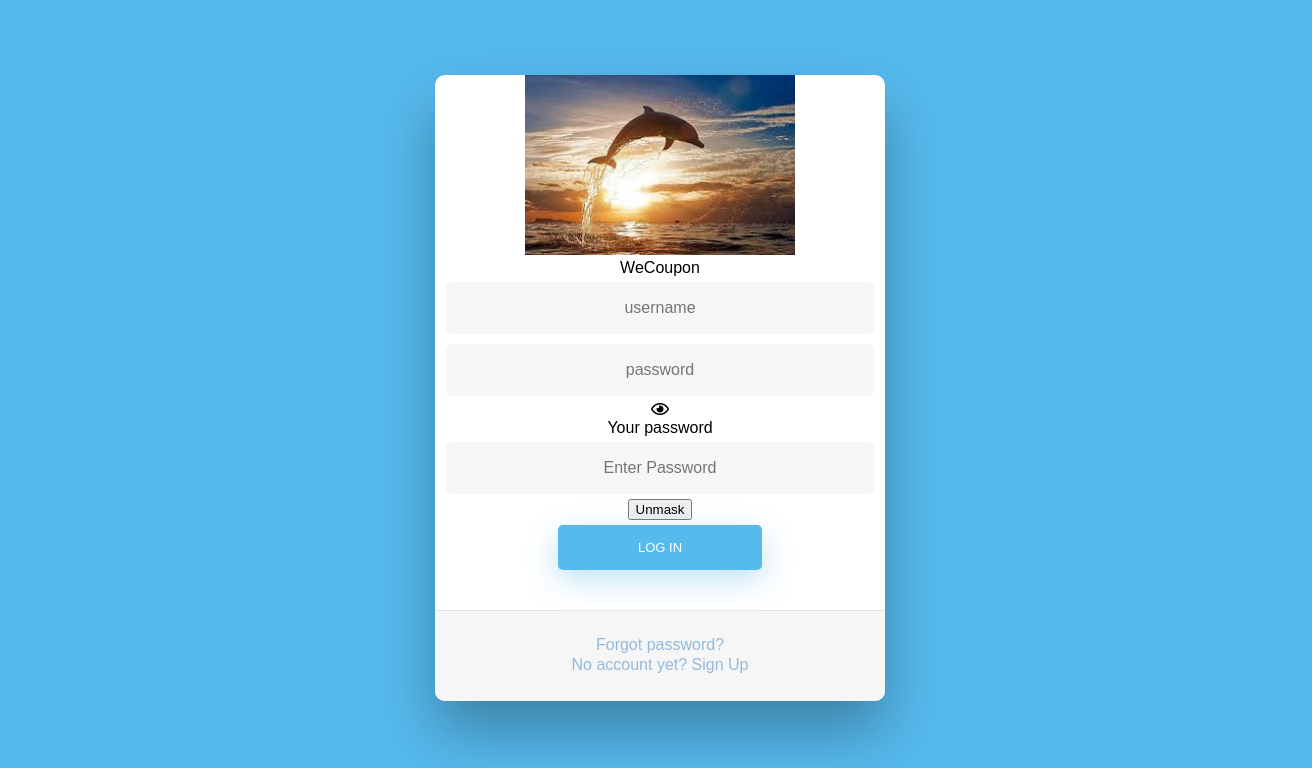
Repository: XUXiangCUHK/WeCoupon
Page: templates/login.html
These files come from the project's save history. The page is drawn as it stood at one moment and after the next save; the edit follows.
The browser window is 1280 px wide. The page is 1312 px wide, so the pictures cover 1312 px, including what lies to the right of the window. The pictures show the whole page.
Some web libraries are served in a nearby version.

Above is the page before, as saved 2021-02-27 15:54:22.
Console error: TypeError: Cannot read properties of null (reading 'addEventListener')

### templates/login.html
<!DOCTYPE html>
<html lang="en">
<head>
    <meta charset="UTF-8">
    <meta http-equiv="X-UA-Compatible" content="IE=edge">
    <meta name="viewport" content="width=device-width, initial-scale=1.0">
    <link rel="stylesheet" href="https://cdnjs.cloudflare.com/ajax/libs/font-awesome/5.13.0/css/all.min.css">
    <link rel="stylesheet" href="../static/css/login_page.css">
    <script src="../static/js/login.js"></script>
    <title>Document</title>
</head>
<body>
    <div class="wrapper fadeInDown">
        <div id="formContent">
          <!-- Tabs Titles -->

          <!-- Icon -->
          <div class="fadeIn first">
            <img src="../static/images/111.jpg" id="icon" alt="User Icon" />
          </div>

          <div>
            WeCoupon
          </div>

          <!-- Login Form -->
          <form id="form_id" method="POST">
            <input type="text" id="username" class="fadeIn second" name="login" required="required" placeholder="username">
            <input type="password" id="password" class="fadeIn third" name="login" required="required" placeholder="password">
            <i class="far fa-eye" id="togglePassword"></i>
            <div class="password-wrapper">
              <label for="password">Your password</label>
              <input type="password" value="" placeholder="Enter Password" id="password" class="password">
              <button class="unmask" type="button" title="Mask/Unmask password to check content">Unmask</button>
            </div>
            <input type="submit" class="fadeIn fourth" value="Log In" onclick="return processloginform();">
          </form>

          <!-- Remind Passowrd -->
          <div id="formFooter">
            <a class="underlineHover" href="#">Forgot password?</a><br />
            <a class="underlineHover" href="signup.html">No account yet? Sign Up</a>
          </div>

        </div>
      </div>
</body>
</html>

### static/css/login_page.css

/* BASIC */

html {
  background-color: #56baed;
}

body {
  font-family: "Poppins", sans-serif;
  height: 100vh;
}

a {
  color: #92badd;
  display:inline-block;
  text-decoration: none;
  font-weight: 400;
}

h2 {
  text-align: center;
  font-size: 16px;
  font-weight: 600;
  text-transform: uppercase;
  display:inline-block;
  margin: 40px 8px 10px 8px;
  color: #cccccc;
}



/* STRUCTURE */

.wrapper {
  display: flex;
  align-items: center;
  flex-direction: column;
  justify-content: center;
  width: 100%;
  min-height: 100%;
  padding: 20px;
}

#formContent {
  -webkit-border-radius: 10px 10px 10px 10px;
  border-radius: 10px 10px 10px 10px;
  background: #fff;
  padding: 30px;
  width: 90%;
  max-width: 450px;
  position: relative;
  padding: 0px;
  -webkit-box-shadow: 0 30px 60px 0 rgba(0,0,0,0.3);
  box-shadow: 0 30px 60px 0 rgba(0,0,0,0.3);
  text-align: center;
}

#formFooter {
  background-color: #f6f6f6;
  border-top: 1px solid #dce8f1;
  padding: 25px;
  text-align: center;
  -webkit-border-radius: 0 0 10px 10px;
  border-radius: 0 0 10px 10px;
}



/* TABS */

h2.inactive {
  color: #cccccc;
}

h2.active {
  color: #0d0d0d;
  border-bottom: 2px solid #5fbae9;
}



/* FORM TYPOGRAPHY*/

input[type=button], input[type=submit], input[type=reset], input[type=checkbox]  {
  background-color: #56baed;
  border: none;
  color: white;
  padding: 15px 80px;
  text-align: center;
  text-decoration: none;
  display: inline-block;
  text-transform: uppercase;
  font-size: 13px;
  -webkit-box-shadow: 0 10px 30px 0 rgba(95,186,233,0.4);
  box-shadow: 0 10px 30px 0 rgba(95,186,233,0.4);
  -webkit-border-radius: 5px 5px 5px 5px;
  border-radius: 5px 5px 5px 5px;
  margin: 5px 20px 40px 20px;
  -webkit-transition: all 0.3s ease-in-out;
  -moz-transition: all 0.3s ease-in-out;
  -ms-transition: all 0.3s ease-in-out;
  -o-transition: all 0.3s ease-in-out;
  transition: all 0.3s ease-in-out;
}

input[type=button]:hover, input[type=submit]:hover, input[type=reset]:hover, input[type=checkbox]:hover  {
  background-color: #39ace7;
}

input[type=button]:active, input[type=submit]:active, input[type=reset]:active, , input[type=checkbox]:active  {
  -moz-transform: scale(0.95);
  -webkit-transform: scale(0.95);
  -o-transform: scale(0.95);
  -ms-transform: scale(0.95);
  transform: scale(0.95);
}

input[type=text], input[type=password] {
  background-color: #f6f6f6;
  border: none;
  color: #0d0d0d;
  padding: 15px 32px;
  text-align: center;
  text-decoration: none;
  display: inline-block;
  font-size: 16px;
  margin: 5px;
  width: 80%;
  border: 2px solid #f6f6f6;
  -webkit-transition: all 0.5s ease-in-out;
  -moz-transition: all 0.5s ease-in-out;
  -ms-transition: all 0.5s ease-in-out;
  -o-transition: all 0.5s ease-in-out;
  transition: all 0.5s ease-in-out;
  -webkit-border-radius: 5px 5px 5px 5px;
  border-radius: 5px 5px 5px 5px;
}

input[type=text]:focus, , input[type=password]:focus {
  background-color: #fff;
  border-bottom: 2px solid #5fbae9;
}

input[type=text]:placeholder, , input[type=password]:placeholder {
  color: #cccccc;
}



/* ANIMATIONS */

/* Simple CSS3 Fade-in-down Animation */
/* .fadeInDown {
  -webkit-animation-name: fadeInDown;
  animation-name: fadeInDown;
  -webkit-animation-duration: 1s;
  animation-duration: 1s;
  -webkit-animation-fill-mode: both;
  animation-fill-mode: both;
}

@-webkit-keyframes fadeInDown {
  0% {
    opacity: 0;
    -webkit-transform: translate3d(0, -100%, 0);
    transform: translate3d(0, -100%, 0);
  }
  100% {
    opacity: 1;
    -webkit-transform: none;
    transform: none;
  }
}

@keyframes fadeInDown {
  0% {
    opacity: 0;
    -webkit-transform: translate3d(0, -100%, 0);
    transform: translate3d(0, -100%, 0);
  }
  100% {
    opacity: 1;
    -webkit-transform: none;
    transform: none;
  }
} */

/* Simple CSS3 Fade-in Animation */
/* @-webkit-keyframes fadeIn { from { opacity:0; } to { opacity:1; } }
@-moz-keyframes fadeIn { from { opacity:0; } to { opacity:1; } }
@keyframes fadeIn { from { opacity:0; } to { opacity:1; } }

.fadeIn {
  opacity:0;
  -webkit-animation:fadeIn ease-in 1;
  -moz-animation:fadeIn ease-in 1;
  animation:fadeIn ease-in 1;

  -webkit-animation-fill-mode:forwards;
  -moz-animation-fill-mode:forwards;
  animation-fill-mode:forwards;

  -webkit-animation-duration:1s;
  -moz-animation-duration:1s;
  animation-duration:1s;
}

.fadeIn.first {
  -webkit-animation-delay: 0.4s;
  -moz-animation-delay: 0.4s;
  animation-delay: 0.4s;
}

.fadeIn.second {
  -webkit-animation-delay: 0.6s;
  -moz-animation-delay: 0.6s;
  animation-delay: 0.6s;
}

.fadeIn.third {
  -webkit-animation-delay: 0.8s;
  -moz-animation-delay: 0.8s;
  animation-delay: 0.8s;
}

.fadeIn.fourth {
  -webkit-animation-delay: 1s;
  -moz-animation-delay: 1s;
  animation-delay: 1s;
}  */

/* Simple CSS3 Fade-in Animation */
.underlineHover:after {
  display: block;
  left: 0;
  bottom: -10px;
  width: 0;
  height: 2px;
  background-color: #56baed;
  content: "";
  transition: width 0.2s;
}

.underlineHover:hover {
  color: #0d0d0d;
}

.underlineHover:hover:after{
  width: 100%;
}



/* OTHERS */

*:focus {
    outline: none;
}

#icon {
  width:60%;
}

### static/js/login.js
function processloginform() {
    var username = document.getElementById("username");
    var password = document.getElementById("password");

    if (username.value == "123" && password.value == "123"){
        window.location.href="../templates/student_main_page.html";
        return false;
    }
}

const togglePassword = document.querySelector('#togglePassword');
const password = document.querySelector('#password');
togglePassword.addEventListener('click', function (e) {
    // toggle the type attribute
    const type = password.getAttribute('type') === 'password' ? 'text' : 'password';
    password.setAttribute('type', type);
    // toggle the eye slash icon
    this.classList.toggle('fa-eye-slash');
});

After the next save:
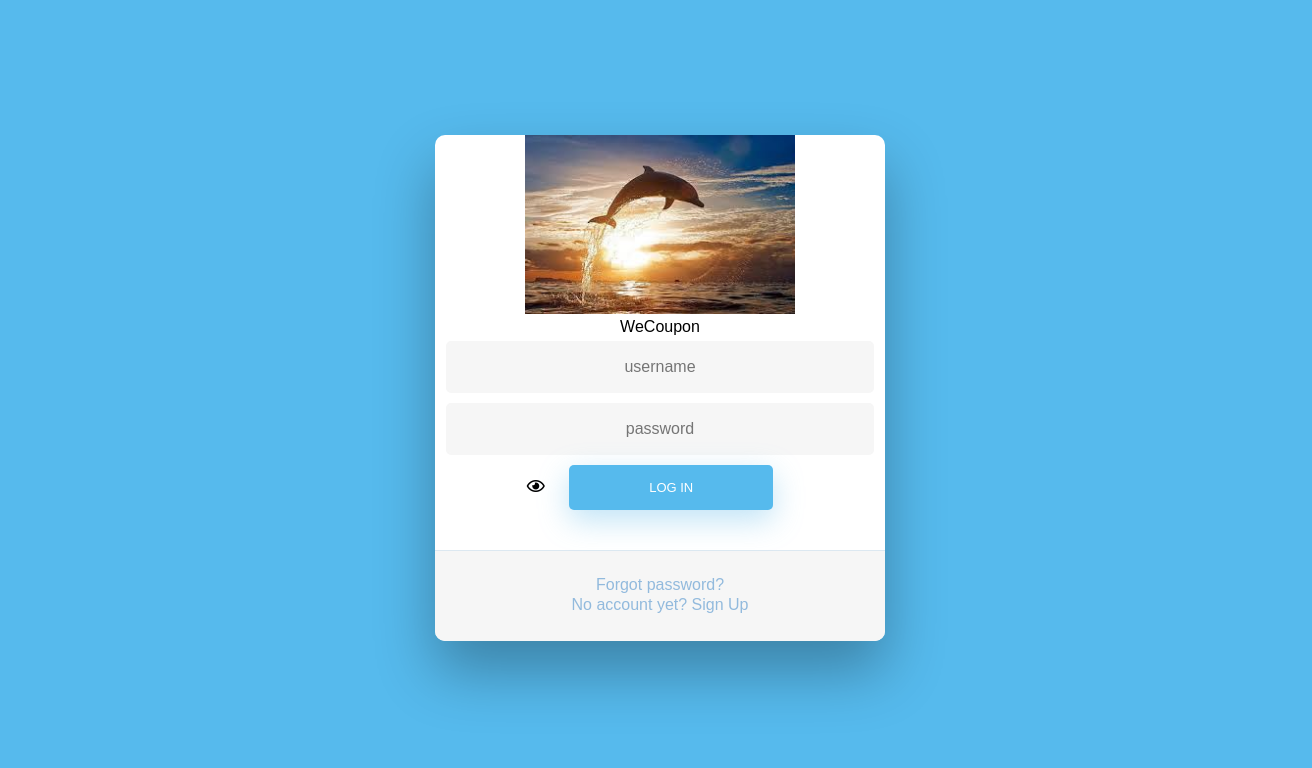
The error is gone.
Saved 2 min 34 s later.
--- a/templates/login.html
+++ b/templates/login.html
@@ -27,12 +27,7 @@
           <form id="form_id" method="POST">
             <input type="text" id="username" class="fadeIn second" name="login" required="required" placeholder="username">
             <input type="password" id="password" class="fadeIn third" name="login" required="required" placeholder="password">
-            <i class="far fa-eye" id="togglePassword"></i>
-            <div class="password-wrapper">
-              <label for="password">Your password</label>
-              <input type="password" value="" placeholder="Enter Password" id="password" class="password">
-              <button class="unmask" type="button" title="Mask/Unmask password to check content">Unmask</button>
-            </div>
+            <i class="far fa-eye" id="togglePassword" onmouseover="mouseoverPass();" onmouseout="mouseoutPass();" ></i>
             <input type="submit" class="fadeIn fourth" value="Log In" onclick="return processloginform();">
           </form>
 
--- a/static/js/login.js
+++ b/static/js/login.js
@@ -8,12 +8,12 @@ function processloginform() {
     }
 }
 
-const togglePassword = document.querySelector('#togglePassword');
-const password = document.querySelector('#password');
-togglePassword.addEventListener('click', function (e) {
-    // toggle the type attribute
-    const type = password.getAttribute('type') === 'password' ? 'text' : 'password';
-    password.setAttribute('type', type);
-    // toggle the eye slash icon
-    this.classList.toggle('fa-eye-slash');
-});
+function mouseoverPass(obj) {
+    var obj = document.getElementById('myPassword');
+    obj.type = "text";
+}
+
+function mouseoutPass(obj) {
+    var obj = document.getElementById('myPassword');
+    obj.type = "password";
+}
